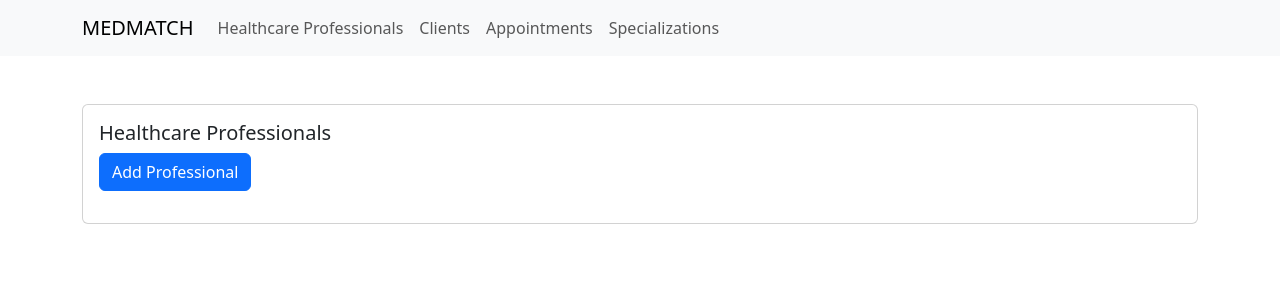
Repository: fahma20/medmatch-platform
Page: /healthcare-professionals (app in client/)
These files come from the project's save history. The page is drawn as it stood at one moment and after the next save; the edit follows.
The browser window is 1280 px wide. The pictures show the whole page.
The page's requests for data from a server got no answer. The project was rebuilt for these pictures with package versions that can differ from the ones it lists, and the page was loaded fresh each time. No one was signed in, and anything a server would have sent is missing. Also part of the build but not shown: client/src/components/Specializations.js, client/src/components/Appointments.js, client/src/components/Clients.js, client/src/components/Homepage.js.

Above is the page before, as saved 2025-01-31 08:20:02.

### client/src/index.js
import React from "react";
import ReactDOM from "react-dom";
import App from './components/App';  // Correct path to the App component


ReactDOM.render(
  <React.StrictMode>
    <App />
  </React.StrictMode>,
  document.getElementById("root")
);

### client/src/components/App.js
import React from 'react';
import { BrowserRouter as Router, Routes, Route } from 'react-router-dom';
import 'bootstrap/dist/css/bootstrap.min.css';

import HealthcareProfessionals from './Healthcareprofessionals'; // Ensure correct naming
import Specializations from './Specializations';
import Appointments from './Appointments';
import Clients from './Clients';
import Navbar from './Navbar';
import HomePage from './Homepage'; // Corrected import

const App = () => {
  return (
    <Router>
      <Navbar /> {/* Your Navbar component */}
      <div className="container mt-5">
        <Routes>
          {/* Add HomePage as the route for the root path */}
          <Route path="/" element={<HomePage />} /> {/* Home Page */}
          <Route path="/clients" element={<Clients />} />
          <Route path="/appointments" element={<Appointments />} />
          <Route path="/specializations" element={<Specializations />} />
          <Route path="/healthcare-professionals" element={<HealthcareProfessionals />} /> {/* Healthcare Professionals Page */}
        </Routes>
      </div>
    </Router>
  );
};

export default App;



/*import React from 'react';
import { BrowserRouter as Router, Route, Routes } from 'react-router-dom';
import 'bootstrap/dist/css/bootstrap.min.css';
import HealthcareProfessionals from './Healthcareprofessionals'; // Correct the casing here
import Specializations from './Specializations';
import Appointments from './Appointments';
import Clients from './Clients'
import Navbar from './Navbar';

const App = () => {
  return (
    <Router>
      <Navbar />
      <div className="container mt-5">
        <Routes> {/* Replaced Switch with Routes */
          {/* Corrected the component structure with 'element' */}
      /*    <Route path="/" element={<HealthcareProfessionals />} />
          <Route path="/clients" element={<Clients />} />
          <Route path="/appointments" element={<Appointments />} />
          <Route path="/specializations" element={<Specializations />} />
        </Routes>
      </div>
    </Router>
  );
};

export default App;
 */

### client/src/components/Healthcareprofessionals.js
// HealthcareProfessional.js
// HealthcareProfessional.js


// HealthcareProfessionals.js
// HealthcareProfessionals.js
import React, { useState, useEffect } from 'react';
import axios from 'axios';
import { Button, Card, Form, Modal } from 'react-bootstrap';

const HealthcareProfessionalList = () => {
  const [professionals, setProfessionals] = useState([]);
  const [newName, setNewName] = useState('');
  const [showModal, setShowModal] = useState(false);

  // Fetch Healthcare Professionals
  const fetchProfessionals = async () => {
    try {
      const response = await axios.get('http://localhost:5000/api/healthcare_professionals');
      setProfessionals(response.data);
    } catch (error) {
      console.error('Error fetching professionals:', error);
    }
  };

  // Add Healthcare Professional
  const addProfessional = async () => {
    if (!newName) {
      alert('Name is required');
      return;
    }
    try {
      const response = await axios.post('http://localhost:5000/api/healthcare_professionals', {
        name: newName,
      });
      setProfessionals([...professionals, response.data]);
      setNewName('');
      setShowModal(false);
    } catch (error) {
      console.error('Error adding professional:', error);
    }
  };

  useEffect(() => {
    fetchProfessionals();
  }, []);

  return (
    <Card>
      <Card.Body>
        <Card.Title>Healthcare Professionals</Card.Title>
        <Button variant="primary" onClick={() => setShowModal(true)}>Add Professional</Button>
        <ul className="list-group mt-3">
          {professionals.map((professional) => (
            <li key={professional.id} className="list-group-item">{professional.name}</li>
          ))}
        </ul>
      </Card.Body>

      {/* Modal for adding a new professional */}
      <Modal show={showModal} onHide={() => setShowModal(false)}>
        <Modal.Header closeButton>
          <Modal.Title>Add Healthcare Professional</Modal.Title>
        </Modal.Header>
        <Modal.Body>
          <Form>
            <Form.Group controlId="professionalName">
              <Form.Label>Name</Form.Label>
              <Form.Control
                type="text"
                value={newName}
                onChange={(e) => setNewName(e.target.value)}
                placeholder="Enter name"
              />
            </Form.Group>
          </Form>
        </Modal.Body>
        <Modal.Footer>
          <Button variant="secondary" onClick={() => setShowModal(false)}>Close</Button>
          <Button variant="primary" onClick={addProfessional}>Save</Button>
        </Modal.Footer>
      </Modal>
    </Card>
  );
};

export default HealthcareProfessionalList;

### client/src/components/Navbar.js
/*import React from 'react';
import { Link } from 'react-router-dom';

const Navbar = () => {
  return (
    <nav className="navbar navbar-expand-lg navbar-light bg-light">
      <a className="navbar-brand" href="/">MedMatch</a>
      <div className="collapse navbar-collapse">
        <ul className="navbar-nav ml-auto">
          <li className="nav-item">
            <Link className="nav-link" to="/">Healthcare Professionals</Link>
          </li>
          <li className="nav-item">
            <Link className="nav-link" to="/clients">Clients</Link>
          </li>
          <li className="nav-item">
            <Link className="nav-link" to="/appointments">Appointments</Link>
          </li>
        </ul>
      </div>
    </nav>
  );
};

export default Navbar;
*/

// Navbar.js
import React from 'react';
import { Link } from 'react-router-dom';

const Navbar = () => {
  return (
    <nav className="navbar navbar-expand-lg navbar-light bg-light">
      <div className="container">
        <Link className="navbar-brand" to="/">MEDMATCH</Link>
        <button className="navbar-toggler" type="button" data-bs-toggle="collapse" data-bs-target="#navbarNav" aria-controls="navbarNav" aria-expanded="false" aria-label="Toggle navigation">
          <span className="navbar-toggler-icon"></span>
        </button>
        <div className="collapse navbar-collapse" id="navbarNav">
          <ul className="navbar-nav">
            <li className="nav-item">
              <Link className="nav-link" to="/healthcare-professionals">Healthcare Professionals</Link>
            </li>
            <li className="nav-item">
              <Link className="nav-link" to="/clients">Clients</Link>
            </li>
            <li className="nav-item">
              <Link className="nav-link" to="/appointments">Appointments</Link>
            </li>
            <li className="nav-item">
              <Link className="nav-link" to="/specializations">Specializations</Link>
            </li>
          </ul>
        </div>
      </div>
    </nav>
  );
};

export default Navbar;

Loaded but not shown: client/public/index.html (common file)

After the next save:
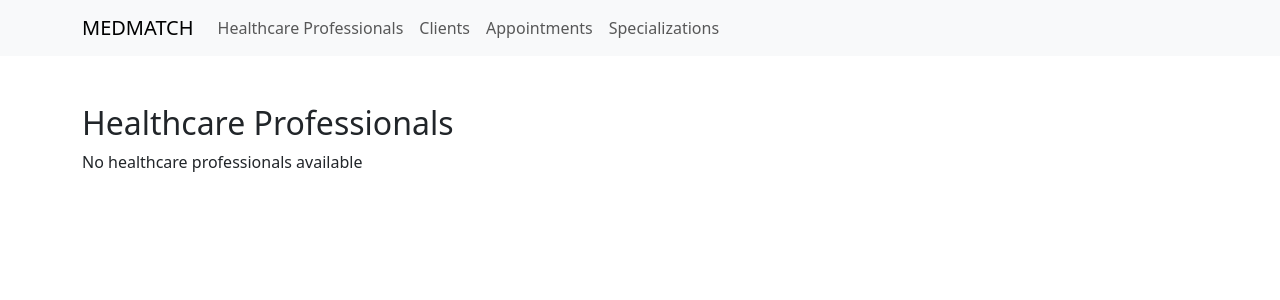
Saved 41 s later.
--- a/client/src/components/Healthcareprofessionals.js
+++ b/client/src/components/Healthcareprofessionals.js
@@ -4,84 +4,51 @@
 
 // HealthcareProfessionals.js
 // HealthcareProfessionals.js
-import React, { useState, useEffect } from 'react';
+import React, { useEffect, useState } from 'react';
 import axios from 'axios';
-import { Button, Card, Form, Modal } from 'react-bootstrap';
 
-const HealthcareProfessionalList = () => {
+const HealthcareProfessionals = () => {
   const [professionals, setProfessionals] = useState([]);
-  const [newName, setNewName] = useState('');
-  const [showModal, setShowModal] = useState(false);
-
-  // Fetch Healthcare Professionals
-  const fetchProfessionals = async () => {
-    try {
-      const response = await axios.get('http://localhost:5000/api/healthcare_professionals');
-      setProfessionals(response.data);
-    } catch (error) {
-      console.error('Error fetching professionals:', error);
-    }
-  };
-
-  // Add Healthcare Professional
-  const addProfessional = async () => {
-    if (!newName) {
-      alert('Name is required');
-      return;
-    }
-    try {
-      const response = await axios.post('http://localhost:5000/api/healthcare_professionals', {
-        name: newName,
-      });
-      setProfessionals([...professionals, response.data]);
-      setNewName('');
-      setShowModal(false);
-    } catch (error) {
-      console.error('Error adding professional:', error);
-    }
-  };
+  const [loading, setLoading] = useState(true);
 
   useEffect(() => {
-    fetchProfessionals();
+    // Fetch healthcare professionals from the backend
+    axios.get('http://localhost:5000/api/healthcare_professionals')
+      .then(response => {
+        setProfessionals(response.data);
+        setLoading(false);
+      })
+      .catch(error => {
+        console.error('Error fetching healthcare professionals:', error);
+        setLoading(false);
+      });
   }, []);
 
+  if (loading) {
+    return <div>Loading...</div>;
+  }
+
   return (
-    <Card>
-      <Card.Body>
-        <Card.Title>Healthcare Professionals</Card.Title>
-        <Button variant="primary" onClick={() => setShowModal(true)}>Add Professional</Button>
-        <ul className="list-group mt-3">
+    <div>
+      <h2>Healthcare Professionals</h2>
+      {professionals.length === 0 ? (
+        <p>No healthcare professionals available</p>
+      ) : (
+        <div className="card-deck">
           {professionals.map((professional) => (
-            <li key={professional.id} className="list-group-item">{professional.name}</li>
+            <div key={professional.id} className="card">
+              <img className="card-img-top" src="placeholder.jpg" alt={professional.name} />
+              <div className="card-body">
+                <h5 className="card-title">{professional.name}</h5>
+                <p className="card-text">Specialization: {professional.specializations.map(specialization => specialization.name).join(', ')}</p>
+                <p className="card-text">Status: {professional.status}</p>
+              </div>
+            </div>
           ))}
-        </ul>
-      </Card.Body>
-
-      {/* Modal for adding a new professional */}
-      <Modal show={showModal} onHide={() => setShowModal(false)}>
-        <Modal.Header closeButton>
-          <Modal.Title>Add Healthcare Professional</Modal.Title>
-        </Modal.Header>
-        <Modal.Body>
-          <Form>
-            <Form.Group controlId="professionalName">
-              <Form.Label>Name</Form.Label>
-              <Form.Control
-                type="text"
-                value={newName}
-                onChange={(e) => setNewName(e.target.value)}
-                placeholder="Enter name"
-              />
-            </Form.Group>
-          </Form>
-        </Modal.Body>
-        <Modal.Footer>
-          <Button variant="secondary" onClick={() => setShowModal(false)}>Close</Button>
-          <Button variant="primary" onClick={addProfessional}>Save</Button>
-        </Modal.Footer>
-      </Modal>
-    </Card>
+        </div>
+      )}
+    </div>
   );
 };
 
-export default HealthcareProfessionalList;
+export default HealthcareProfessionals;
